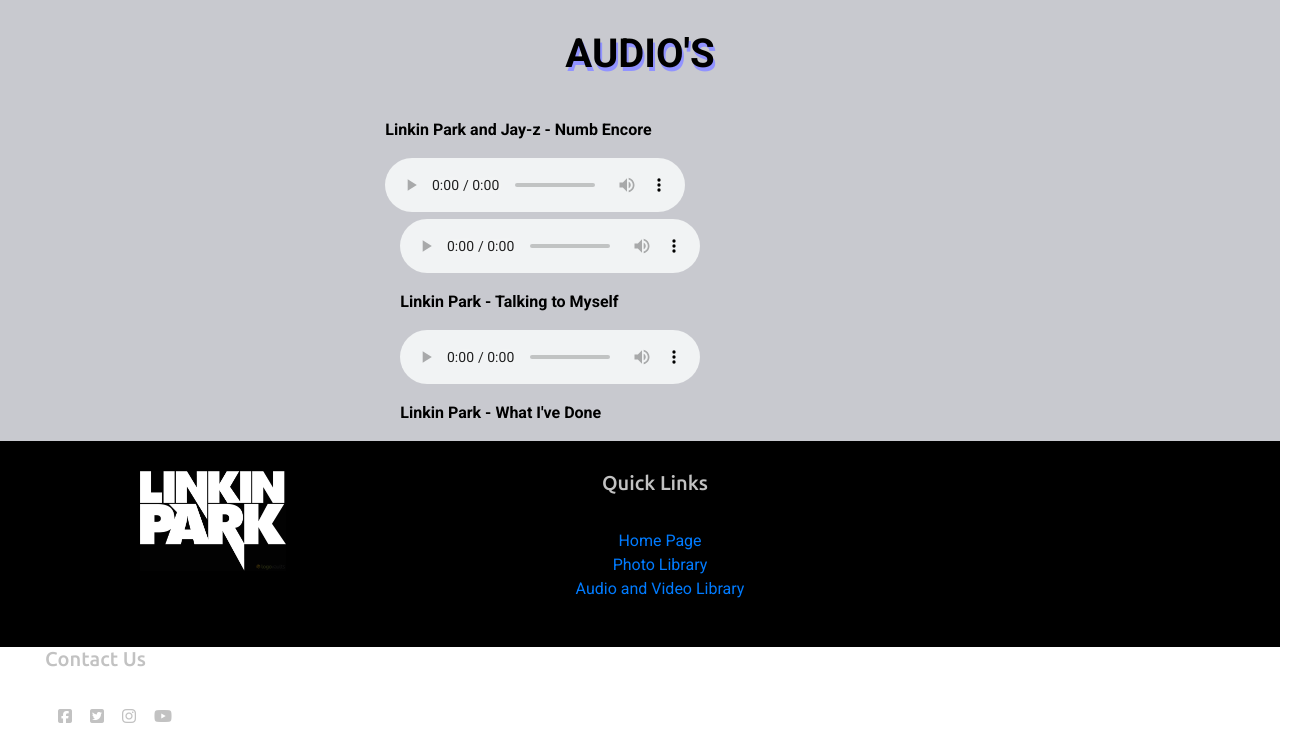
Repository: vaida898/website
Page: audio-video.html
The author's editor kept a record of every edit. The page is drawn from the files as they stood at one moment, then again after the next edit.
The browser window is 1280 px wide. The page is 1295 px wide, so the pictures cover 1295 px, including what lies to the right of the window. The pictures show the part of the page from y = 1471 to 2216 px (the page is 2216 px tall before and 2166 px after).
Some web libraries are served in a nearby version.

Above is the page before.
Console error: TypeError: Cannot read properties of undefined (reading 'fn')

### audio-video.html
<!DOCTYPE html>
<html lang="en">

<head>
    <meta charset="UTF-8">
    <meta name="viewport" content="width=device-width, initial-scale=1.0">
    <meta http-equiv="X-UA-Compatible" content="ie=edge">
    <title>LinkinPark website</title>

    <link rel="stylesheet" href="https://stackpath.bootstrapcdn.com/bootstrap/4.3.1/css/bootstrap.min.css" integrity="sha384-ggOyR0iXCbMQv3Xipma34MD+dH/1fQ784/j6cY/iJTQUOhcWr7x9JvoRxT2MZw1T" crossorigin="anonymous">
    <script src="https://kit.fontawesome.com/642fee131a.js" crossorigin="anonymous"></script>
    <script src="https://stackpath.bootstrapcdn.com/bootstrap/4.3.1/js/bootstrap.min.js" integrity="sha384-JjSmVgyd0p3pXB1rRibZUAYoIIy6OrQ6VrjIEaFf/nJGzIxFDsf4x0xIM+B07jRM" crossorigin="anonymous"></script>
    <link rel="stylesheet" href="https://cdnjs.cloudflare.com/ajax/libs/hover.css/2.3.1/css/hover-min.css" type="text/css" />
    <!-- Google font "Ubuntu" -->

    <link href="https://fonts.googleapis.com/css?family=Ubuntu:300,400,500,600,700&display=swap" rel="stylesheet">
    <link href="https://fonts.googleapis.com/css?family=Roboto:400,400i,500,500i,700,700i,900,900i&display=swap" rel="stylesheet">
    <link rel="stylesheet" href="css/style.css" type="text/css" />

</head>

<body>

    <!-- Navigation bar -->

    <header>
        <div class="container-fluid navalert-container">
            <nav class="navbar navbar-light navbar-expand-sm" style="background-color: #3D3FD1">
                <a target="_blank" href="index.html">
                    <i class="brand">LinkinPark</i>
                </a>
                <button class="navbar-toggler ml-auto" type="button" data-toggle="collapse" data-target="#navbarNavDropdown" aria-controls="navbarNavDropdown" aria-expanded="false" aria-label="Toggle navigation">
        <span class="navbar-toggler-icon"></span></button>

                <div id="navbarNavDropdown" class="collapse navbar-collapse">
                    <ul class="navbar-nav mr-auto">
                        <li class="nav-item mr-2 hvr-glow"><a class="nav-link" href="/">Home</a></li>
                        <li class="nav-item mr-2 hvr-glow"><a class="nav-link" href="/Photo library">Photo library</a></li>
                        <li class="nav-item mr-2 hvr-glow"><a class="nav-link" href="/Audio and Video library">Audio and Video library</a></li>
                        <li class="nav-item mr-2 hvr-glow"><a class="nav-link" href="/Contact Us">Contact Us</a></li>
                    </ul>
                </div>
            </nav>
        </div>
    </header>

    <section class="bg-videos">
        <div class="container videos-container">
            <div class="row">
                <div class="col-12 col-md-12 col-sm-12 col-xs-12">
                    <h1 class="text-uppercase text-center videos-header">Videos</h1>
                </div>
                <div class="video-responsive embed-responsive embed-responsive-16by9">
                    <iframe width="560" height="315" src="https://www.youtube.com/embed/eVTXPUF4Oz4" frameborder="0" allow="accelerometer; autoplay; encrypted-media; gyroscope; picture-in-picture" allowfullscreen></iframe>
                </div>
                <div class="video-responsive embed-responsive embed-responsive-16by9">
                    <iframe width="560" height="315" src="https://www.youtube.com/embed/LYU-8IFcDPw" frameborder="0" allow="accelerometer; autoplay; encrypted-media; gyroscope; picture-in-picture" allowfullscreen></iframe>
                </div>
            </div>
        </div>

    </section>


    <section class="bg-audio">
        <div class="d-flex justify-content-center audio-container">
            <div class="row">
                <div class="col-12 col-md-12 col-sm-12 col-xs-12">
                    <h1 class="text-uppercase text-center audios-header">Audio's</h1>
                </div>
                <div class="row">
                    <div class="col-lg-12 col-md-12 col-sm-12 col-xs-12">
                        <div class="audio-controls">
                            <p class="titles"> Linkin Park and Jay-z - Numb Encore</p>
                            <audio id="audio" controls>
                                <source src="./audio/NumbEncore.mp3" type="audio/mpeg">
                                <source src="./audio/NumbEncore.ogg" type="audio/ogg">
                                Your browser does not support the audio element.
                            </audio>
                        </div>
                    <div class="col-lg-12 col-md-12 col-sm-12 col-xs-12">
                            <audio id="audio" controls>
                                <source src="./audio/Talking.mp3" type="audio/mpeg">
                                <source src="./audio/Talking.ogg" type="audio/ogg">
                                Your browser does not support the audio element.
                            </audio>
                          </div>
                    <div class="col-lg-12 col-md-12 col-sm-12 col-xs-12">
                            <p class="titles"> Linkin Park - Talking to Myself</p>
                            <audio id="audio" controls>
                                <source src="./audio/What.mp3" type="audio/mpeg">
                                <source src="./audio/What.ogg" type="audio/ogg">
                                Your browser does not support the audio element.
                            </audio>
                            <p class="titles"> Linkin Park - What I've Done</p>
                        </div>
                    </div>
                </div>
    </section>


    <!--Footer-->


    <footer id="footer">
        <div class="main-footer text-center">
            <div class="row">
                <div class="col-md-4">
                    <a class="footer-logo" href="#"><img src="./images/linkinpark.jpg" alt="logo"></img></a>
                </div>
                <div class="col-md-4">
                    <h5 class="quick-links">Quick Links<span></span></h5>
                    <ul class="menu-link">
                        <li>
                            <div class="menu-link-item"><a href="#.">Home Page</a></div>
                        </li>
                        <li>
                            <div class="menu-link-item"><a href="#.">Photo Library</a></div>
                        </li>
                        <li>
                            <div class="menu-link-item"><a href="#.">Audio and Video Library</a></div>
                        </li>
                    </ul>
                </div>
            </div>
        </div>
        <div class="col-md-4">
            <h5 class="contact">Contact Us<span></span></h5>
            <ul class="social-links">
                <li class="list-inline-item">
                    <a target="_blank" href="#">
                                <i class="fab fa-facebook-square" aria-hidden="true">
                                     <span class="sr-only">Facebook</span>
                                </i>
                        </a>
                </li>
                <li class="list-inline-item">
                    <a target="_blank" href="#">
                            <i class="fab fa-twitter-square" aria-hidden="true">
                                <span class="sr-only">Twitter</span>
                            </i>
                        </a>
                </li>
                <li class="list-inline-item">
                    <a target="_blank" href="#">
                            <i class="fab fa-instagram" aria-hidden="true">
                                <span class="sr-only">Instagram</span>
                            </i>
                        </a>
                </li>
                <li class="list-inline-item">
                    <a target="_blank" href="#">
                            <i class="fab fa-youtube" aria-hidden="true">
                                <span class="sr-only">Youtube</span>
                            </i>
                        </a>
                </li>
            </ul>
        </div>
        </div>
        </div>
    </footer>


    <script src="https://code.jquery.com/jquery-3.3.1.slim.min.js" integrity="sha384-q8i/X+965DzO0rT7abK41JStQIAqVgRVzpbzo5smXKp4YfRvH+8abtTE1Pi6jizo" crossorigin="anonymous"></script>
    <script src="https://cdnjs.cloudflare.com/ajax/libs/popper.js/1.14.7/umd/popper.min.js" integrity="sha384-UO2eT0CpHqdSJQ6hJty5KVphtPhzWj9WO1clHTMGa3JDZwrnQq4sF86dIHNDz0W1" crossorigin="anonymous"></script>
    <script src="https://stackpath.bootstrapcdn.com/bootstrap/4.3.1/js/bootstrap.min.js" integrity="sha384-JjSmVgyd0p3pXB1rRibZUAYoIIy6OrQ6VrjIEaFf/nJGzIxFDsf4x0xIM+B07jRM" crossorigin="anonymous"></script>

</body>

</html>

### css/style.css
body {
    font-family: 'Ubuntu', sans-serif;
    font-family: 'Roboto', sans-serif;
}

/* Navbar -----------------------------------*/

.navalert-container {
    position: fixed;
    top: 0;
    left: 0;
    padding-left: 0;
    padding-right: 0;
    z-index: 1;
}

.navbar {
    margin-bottom: 0;
    border: 0;
    width: 100%;
    background-color: rgba(0, 0, 0, 0.25);
    box-shadow: 0 0 25px 0 black;
}

.brand {
    font-weight: bold;
    text-decoration: none;
    color: black;
    font-size: 30px;
    padding-right: 50px;
}

.navbar-inner {
    background: transparent;
}

/* Page header ----------------------*/

.page-header {
    margin-top: 30px;
    margin-bottom: 0;
    border-bottom: 0;
    text-align: center;
}



/* Band's history ----------------------*/

.history-container {
    background: url(../images/background.jpg) no-repeat center center fixed;
    background-size: cover;
    -webkit-background-size: cover;
    -moz-background-size: cover;
    -o-background-size: cover;

    top: 40px;
    display: flex;
    align-items: center;
    justify-content: center;
    text-align: center;
    padding-left: 100px;
    padding-right: 100px;
    padding-bottom: 40px;

    position: relative;
    box-shadow: 0 0 25px 0 black;
}

.opaque-overlay {
    position: absolute;
    width: 100%;
    height: 100%;
    top: 0;
    left: 0;
    background-color: rgba(0, 0, 0, 0.5);
}



/* Block-divider ---------------------------*/

.block-divider {
    width: 500px;
    height: 5px;
    border: 0;
    background-color: #7A7CE7;
}



/* Members container---------------------*/

.members-header {
    margin-top: 0;
    text-decoration: none;
    font-family: 'Roboto', sans-serif;
    font-weight: 600;
    text-shadow: 1px 1px #9193FF;
}

.members-container {
    padding-top: 60px;
    padding-bottom: 60px;
    box-shadow: 0 0 25px 0 black;
    width: 100%;
    border: 0;
}

ul .members-list {
    text-align: left;
    list-style-position: inside;
    vertical-align: middle;
    list-style-type: disc;
}

.members-list {
    font-size: 20px;
    font-family: 'Roboto', sans-serif;
    font-weight: 400;
    font-style: italic;
    text-shadow: 1px 1px #9193FF;
}

.members-list li:before {
    content: "";
    margin-left: 30px;
}


/* Discogrpahy container -------------------*/

.container-wrapper--blue {
    background-color: #3D3FD1;
    color: black;
}

.discs-header {
    text-decoration: none;
    color: white;
    font-family: 'Roboto', sans-serif;
    font-weight: 600;
    text-shadow: 1px 1px #C5C5CC;
}


.discography-container {
    padding-top: 30px;
    padding-bottom: 60px;
    box-shadow: 0 0 25px 0 black;
    width: 100%;
    border: 0;
}

ul .discs-list {
    text-align: right;
    list-style-position: inside;
    vertical-align: middle;
    list-style-type: square;
}

.discs-list {
    font-size: 20px;
    color: white;
    font-family: 'Roboto', sans-serif;
    font-weight: 400;
    font-style: italic;
    text-shadow: 1px 1px #C5C5CC;
}

.discs-list li:before {
    content: "";
    margin-left: 30px;
}


/* Jumbotron -------------------------------*/

.jumbotron-header {
    color: white;
    font-weight: bold;
    margin-top: 30px;
    margin-bottom: 30px;
}

.jumbotron-paragraph {
    color: white;
    font-weight: bold;
    margin-top: 30px;
    margin-bottom: 30px;
}

.jumbotron-text {
    color: #C2C2C2;
    font-size: 20px;
}

/* Footer ------------------------------*/

#footer .main-footer {
    padding: 30px 0;
    background-color: black;
}

.footer-logo {
    width: 32px;
    height: 32px;
    margin-left: 20px;
    padding: 0;
    background-color: black;
}

.quick-links {
    font-family: "Ubuntu", sans-serif;
    font-weight: 500;
    min-height: 50px;
    color: #C2C2C2;
    margin-left: 30px;
}

ul.menu-link li {
    list-style-type: none !important;
}

.contact {
    font-family: "Ubuntu", sans-serif;
    font-weight: 500;
    min-height: 50px;
    color: #C2C2C2;
    margin-left: 30px;
}

.social-links li a i {
    margin: 3px;
    color: #C2C2C2;
    transition: all 0.35s ease-in-out;
    -moz-transition: all 0.35s ease-in-out;
    -webkit-transition: all 0.35s ease-in-out;
    -o-transition: all 0.35s ease-in-out;
}

.social-links li a i:hover {
    color: #3D3FD1;
}

#footer-details {
    padding: 20px;
}


/* Photos file ------------------------------*/

.pics-container {
    padding-top: 80px;
}


.pics-container img {
    width: 800px;
    height: 200px;
    object-fit: fill;
    padding-left: 0;
    padding-top: 0;
    margin-top: 20px;
    margin-bottom: 20px;

}


/* Audio's and videos file ------------------------------*/

.bg-videos,
.bg-audio {
    background-color: #C8C9CF;
    margin: 0;
}

.videos-container {
    margin-top: 30px;
    padding-top: 100px;
}

.videos-header {
    font-family: 'Roboto', sans-serif;
    font-weight: 600;
    text-shadow: 2px 4px #9193FF;
    color: black;
    margin-bottom: 10px;
}

.video-responsive {
    overflow: hidden;
    padding-bottom: 56.25%;
    position: relative;
    height: 0;
}

.video-responsive iframe {
    padding-top: 40px;
    left: 0;
    top: 0;
    height: 100%;
    width: 100%;
    position: absolute;
}


.audios-container {
    margin-left: 60px;
    padding-bottom: 30px;
    padding-left: 0;
    position: relative;
    width: 100%;
}


.audios-header {
    font-family: 'Roboto', sans-serif;
    font-weight: 600;
    text-shadow: 2px 4px #9193FF;
    color: black;
    text-align: center;
    margin-top: 30px;
    margin-bottom: 30px;
}

.audio-controls {
    padding-left: 0;
    padding-right: 0;
}

.titles {
    font-family: "Roboto", sans-serif;
    font-weight: 600;
    color: black;
    margin-top: 10px;
    text-align: left;
}

/* Contact file ------------------------------*/

.contact-container {
    background-color: #C8C9CF;
    padding-top: 100px;
}

.contact-heading {
    font-family: "Roboto", sans-serif;
    font-weight: 600;
    color: black;
    text-shadow: 2px 4px #9193FF;
    margin-bottom: 20px;
}

.form-center {
    margin: 0 auto;
    max-width: 70%;
}

button[type="submit"] {
    margin-top: 15px;
    margin-bottom: 30px;
    color: #C2C2C2;
    background-color: #4749E2;
    border-radius: 12px;

}


/* Media Querie ----------------- morning */

@media(min-width: 992px) {
    .form-center {
        margin-top: 30px;
        min-height: 240px;
        margin: 0 auto;
        max-width: 50%;
    }
}

After the next edit:
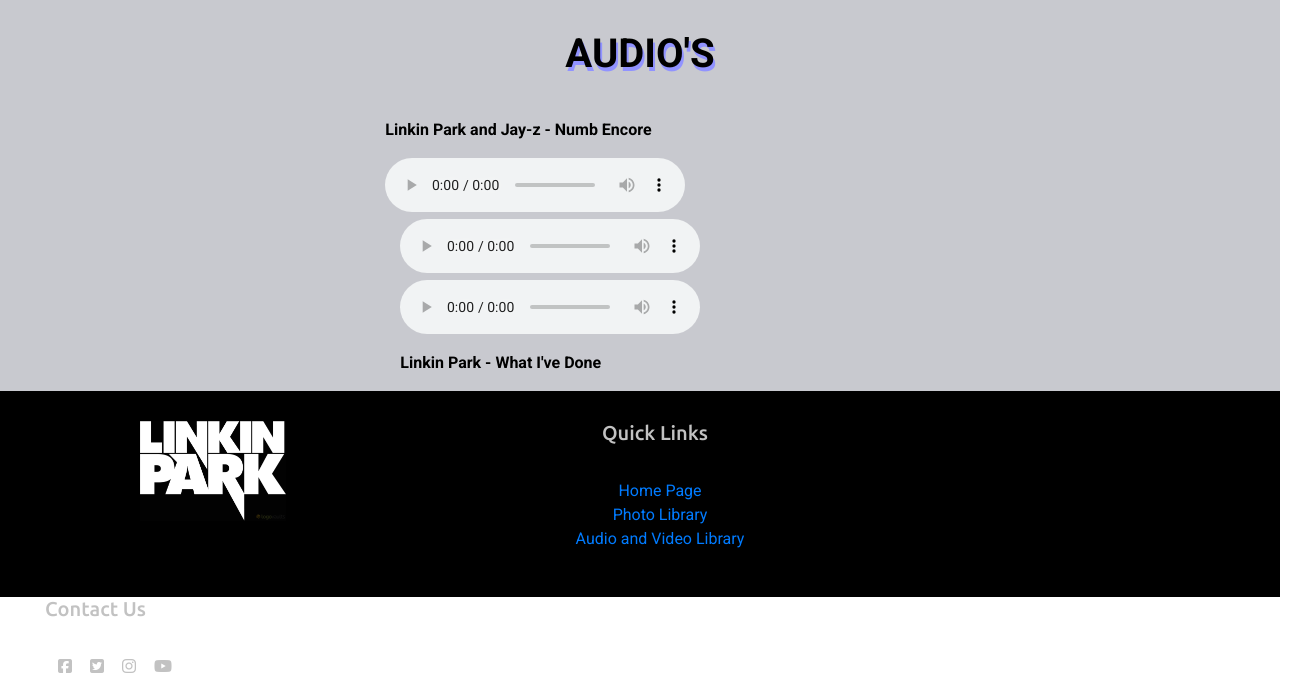
The edit:
--- a/audio-video.html
+++ b/audio-video.html
@@ -86,7 +86,7 @@
                             </audio>
                           </div>
                     <div class="col-lg-12 col-md-12 col-sm-12 col-xs-12">
-                            <p class="titles"> Linkin Park - Talking to Myself</p>
+
                             <audio id="audio" controls>
                                 <source src="./audio/What.mp3" type="audio/mpeg">
                                 <source src="./audio/What.ogg" type="audio/ogg">
